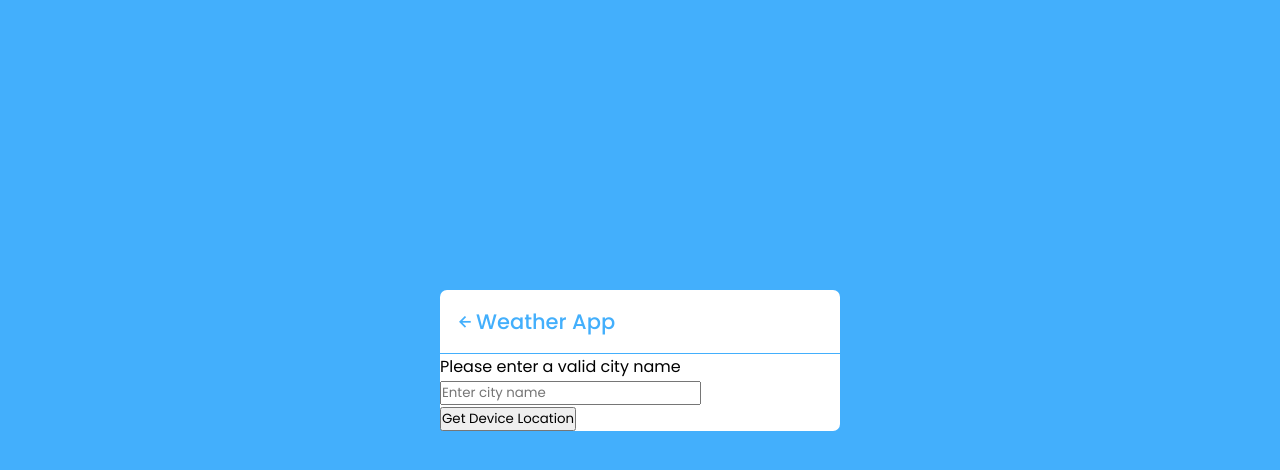
Repository: long13820/Weather-App-HTML-CSS-Javascript
Page: index.html
The author's editor kept a copy of each file at every save. The page is drawn from the files as they stood at one save, then again after the next save.
The browser window is 1280 px wide. The pictures show the whole page.

Above is the page before, as saved 2021-09-02 00:51:39.

After the next save:
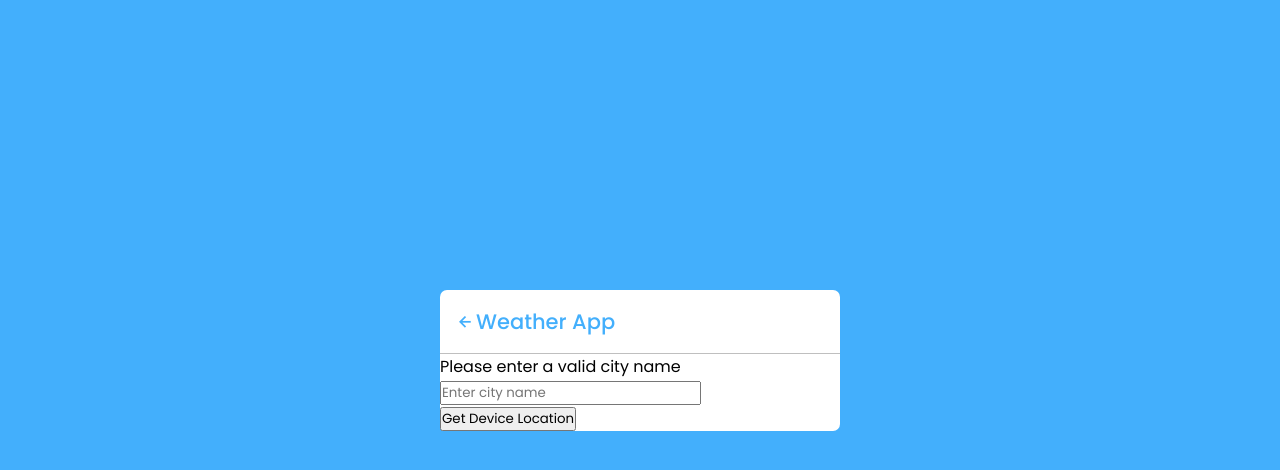
Saved 5 s later.
--- a/style.css
+++ b/style.css
@@ -25,5 +25,5 @@ body{
     padding: 16px 15px;
     display: flex;
     align-items: center;
-    border-bottom: 1px solid ;
+    border-bottom: 1px solid #bfbfbf;
 }
